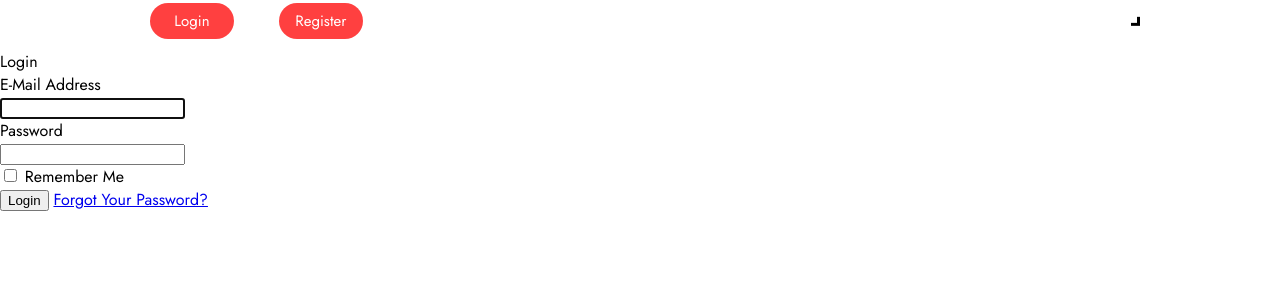
Repository: PatryxB/bikeService
Page: http://localhost/login
The author's editor kept a copy of each file at every save. The page is drawn from the files as they stood at one save, then again after the next save.
The browser window is 1280 px wide. The pictures show the whole page.
The page is served by the project's Laravel application, run on PHP 8.4 with Laravel 8. Style sheets and scripts are compiled from the project's sources, by tool versions that may differ from the author's.

Above is the page before, as saved 2020-05-14 10:34:28.

After the next save:
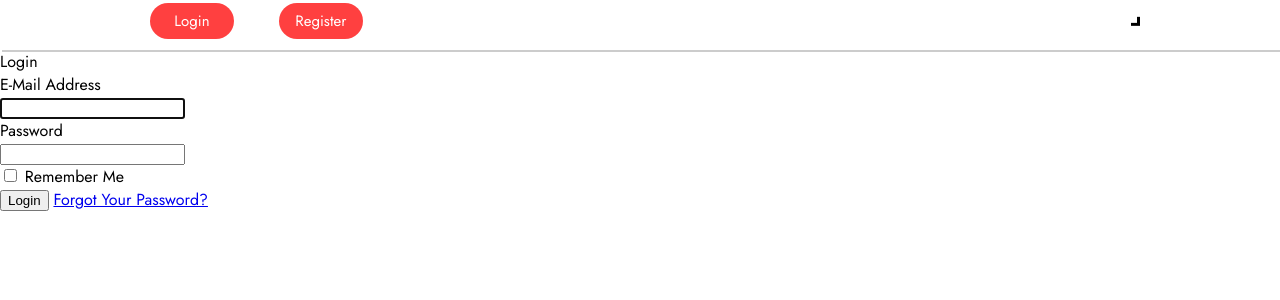
Saved 48 s later.
--- a/resources/sass/app.scss
+++ b/resources/sass/app.scss
@@ -32,6 +32,7 @@ h1{
 nav{
     width: 100%;
     height: 7vh;
+    box-shadow: 2px 2px rgb(204, 204, 204);
 }
 nav a:nth-child(1), nav a:nth-child(2){
     margin-top: 3px;
